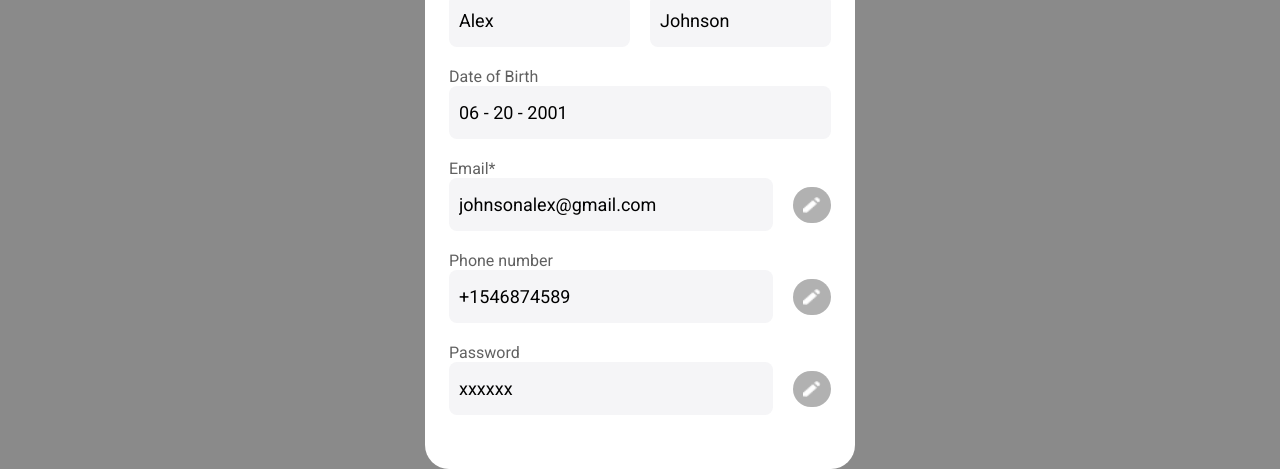
Repository: AytacSafarova/Task-figma-ui
Page: index.html
These files come from the project's save history. The page is drawn as it stood at one moment and after a run of saves; the edit follows.
The browser window is 1280 px wide. The pictures show the part of the page from y = 300 to 793 px (the page is 769 px tall before and 793 px after).

Above is the page before, as saved 2023-02-25 17:13:29.

### index.html
<html lang="en">
  <head>
    <meta charset="UTF-8" />
    <meta http-equiv="X-UA-Compatible" content="IE=edge" />
    <meta name="viewport" content="width=device-width, initial-scale=1.0" />
    <link rel="stylesheet" href="./index.css" />
    <title>Document</title>
  </head>
  <body>
    <div class="container">
      <header>
        <svg
          xmlns="http://www.w3.org/2000/svg"
          width="50"
          height="50"
          fill="white"
          class="bi bi-arrow-left"
          viewBox="0 0 16 16"
        >
          <path
            fill-rule="evenodd"
            d="M15 8a.5.5 0 0 0-.5-.5H2.707l3.147-3.146a.5.5 0 1 0-.708-.708l-4 4a.5.5 0 0 0 0 .708l4 4a.5.5 0 0 0 .708-.708L2.707 8.5H14.5A.5.5 0 0 0 15 8z"
          />
        </svg>
        <div>
          <img
            class="avatar"
            src="https://s3-alpha-sig.figma.com/img/2959/89d1/9399ddb7918787ce231f61f9f97ea15b?Expires=1678060800&Signature=C0xFk0h0GI2fI57mIl2Cuhcw9C9DeaDP8Xh22a-eODWN7iSqePwfoeLfXFsw~IB6Ese5ln8LiVrVlhaY3yw~d8Dm6ruKjnM3KalJKEl13uGPoxsW6VkIzsV~XGqpju7Iyb1xsyMSHtG8yI6VMWldnPCjpLq92sj6Axz7ZpRXlxPBoNRbvPcvU~Vd5l8kXx2V67k-gkfoVdUzlOFqDgxw~hcIze3XfzWbqXykXSXDit76bF9ITX6K0DEPn6dScwHg04R4zd5oQMKrY6wMr5HT8-IYTkAgJ6ccXmgX1W4cQ6nlwhDqtiKcVc9BA8viMZhZ9Cu2cURa-73BLVnzPjvjhw__&Key-Pair-Id=APKAQ4GOSFWCVNEHN3O4"
            alt=""
          />
          <div class="circle">
            <img class="vector" src="./images/Vector (1).svg" alt="" />
          </div>
        </div>
        <h1>Alex Johnson</h1>
      </header>
      <form action="">
        <div class="form_title collaj">
          <div class="name">
            <label> First Name </label>

            <input type="text" value="Alex" name="name" />
          </div>
          <div>
            <label> Last Name </label>

            <input type="text" value="Johnson" name="name" />
          </div>
        </div>
        <div class="collaj">
          <label> Date of Birth </label>

          <input type="text" value="06 - 20 - 2001" name="name" />
        </div>
        <div class="collaj">


                <div class="inputLabel collaj">
            <label> Email* </label>
            <div class="iconCollaj">

            <input type="email" value="johnsonalex@gmail.com" name="name" />
        <div class="circle">
            <img class="vector" src="./images/Vector.png" alt="" />
          </div>
          </div>
        </div>

        <div class="inputLabel collaj">
            <label> Phone number </label>
            <div class="iconCollaj">

            <input type="text" value="+1546874589" name="name" />
        <div class="circle">
            <img class="vector" src="./images/Vector.png" alt="" />
          </div>
          </div>
        </div>

        <div class="inputLabel collaj">
            <label> Password </label>
            <div class="iconCollaj">

            <input type="email" value="xxxxxx" name="name" />
        <div class="circle">
            <img class="vector" src="./images/Vector.png" alt="" />
          </div>
          </div>
        </div>


      </form>
    </div>
  </body>
</html>

### index.css
@import url("https://fonts.googleapis.com/css2?family=Roboto:wght@500&display=swap");
@import url('https://fonts.googleapis.com/css2?family=Roboto:wght@400;500&display=swap');
* {
  margin: 0;
  padding: 0;
  box-sizing: border-box;
  font-family: Roboto;
}

body {
  background-color: #8a8a8a;
}
.container {
  width: 430px;
  height: 300px;
  margin: auto;
  border-radius: 24px;
  background: url("https://s3-alpha-sig.figma.com/img/57b8/21bf/6524281b206b72b0a1e17ab08fcf408b?Expires=1678060800&Signature=dZr-K2lwCE5Ckigf8QIxtUhl4TSk0ueejeN7rzCABBnDdToaoYx6nvx2pfkPRKs3~RrBl3GVAyqyEErQNYz-m44bJhV8wbvuoMJ49wxPzzn9-0Sgw35hLz0NSfZkSt4I9YBHM~4CtEH9RewWUhYXG7wU~Q673cPwz~8AbHmEhhuf-W5gD7fRQ91oeiRSaWbOoqbtEVegcvQSyFqxg~x0XWy320~T2FflFitpdu8m3Dna8qcPfX-R6h4CRemO9pB3ltmRu5sw~9qQqcKZLnXpAYFp~rEi~s35MusP6q3sR1inW15SvQsk31uTd5wMDaGITWMuBbP8cCNfFlhLJKeYrA__&Key-Pair-Id=APKAQ4GOSFWCVNEHN3O4");
}
header {
  padding-top: 37px;
  padding-left: 10px;
}
.avatar {
  width: 90px;
  height: 90px;
  border-radius: 50%;
  object-fit: fill;
}
.circle {
  width: 37.95px;
  height: 36px;

  border-radius: 24px;
  padding: 10px;
  background-color: #b1b1b1;
}
.vector {
  width: 17.95px;
  height: 16px;
}
h1 {
  font-family: Roboto;
  font-size: 24px;
  line-height: 28px;
  letter-spacing: 1%;
  color: #ffffff;
  text-align: center;
}
form {
  padding: 34px 24px ;
  background-color: #ffffff;
  border-radius: 24px;
}
.form_title{
    display: flex;
}
.form_title input{
    width: 181px;
    height: 53px;
}
input {
  background-color: #f5f5f7;
 width: 100%;
  padding-top: 16px;
  padding-bottom: 16px;
padding-left: 10px;
  border: none;
  border-radius: 8px;
  font-weight: 400;
  color: #000000
  ;
  font-size: 18px;
}
label{
    display: block;
    color: #616161
    ;
}
.name{
    margin-right: 20px;
}
.collaj{
    margin-bottom: 20px;
}
.iconCollaj{
    display: flex;
}
.iconCollaj .circle{
    margin: auto;
    margin-left: 20px;
}
.inputLabel input{
    Width:
337px;
Height:
53px;
}

After the next 3 saves:
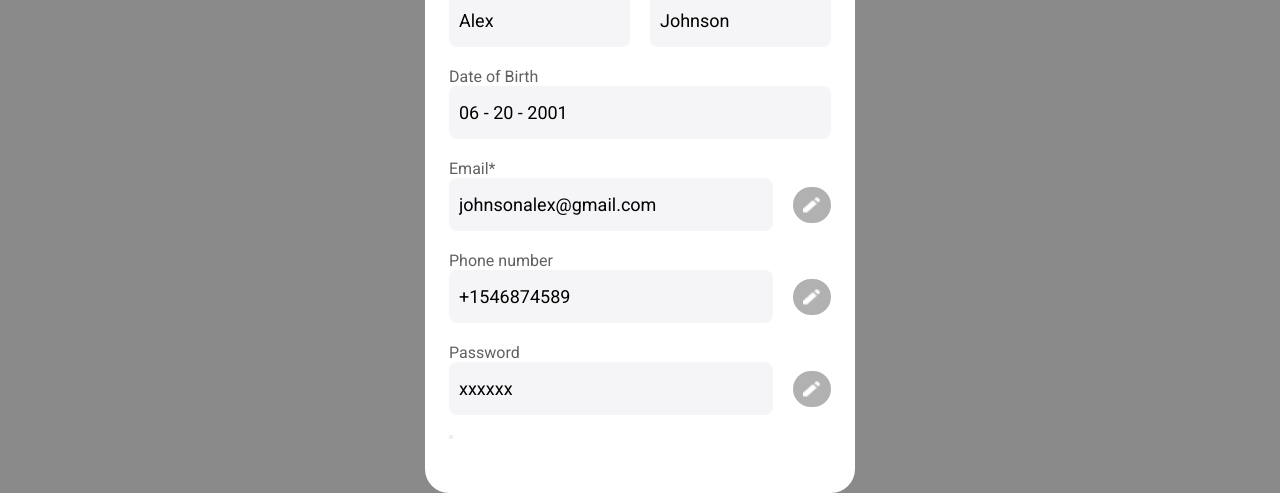
The 3 saves are shown as one change because they came seconds apart.
The last was saved 31 s later.
--- a/index.html
+++ b/index.html
@@ -87,7 +87,7 @@
           </div>
           </div>
         </div>
-
+<button type=""></button>
 
       </form>
     </div>
